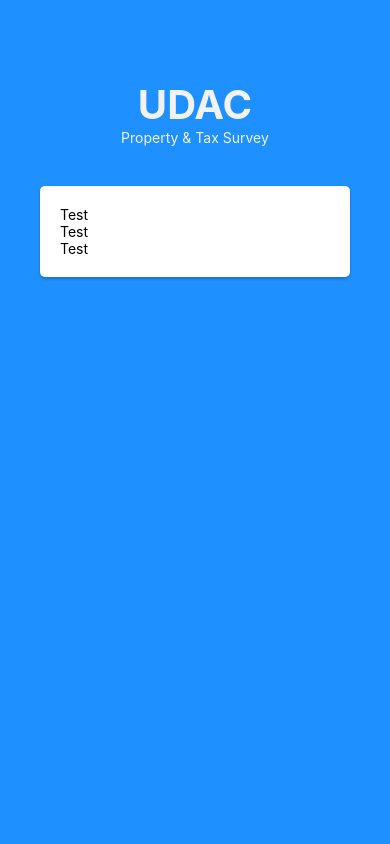
Repository: metalysm/BasicLoginPage
Screen: /
The author's editor kept a copy of each file at every save. The screen is drawn from the files as they stood at one save, then again after the next save.
The app was drawn by React Native's web renderer in a window 390 px wide. The project was rebuilt for these pictures with package versions that can differ from the ones it lists, and the page was loaded fresh each time.

Above is the screen before, as saved 2019-12-05 11:22:02.

After the next save:
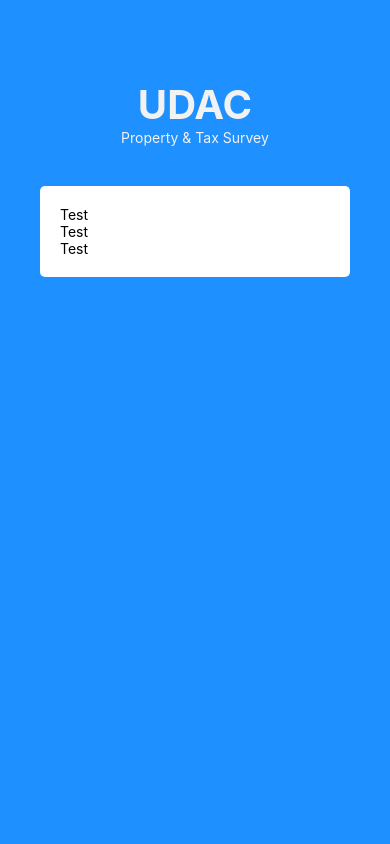
Saved 72 s later.
--- a/App.js
+++ b/App.js
@@ -55,19 +55,23 @@ const styles = StyleSheet.create({
     textAlign: 'center',
     color:'#f2f2f2',
   },
+
   loginArea :{
     marginHorizontal: 40,
     marginVertical: 40,
     backgroundColor:'#fff',
     padding:20,
     borderRadius: 5,
-
+    // SHADOW TANIMLARI SADECE IOS TA VARDIR.
+    /*
     shadowColor:'black',
     shadowOpacity: .2, //0 ile 1 arasında bir rakam girilir.
     shadowRadius: 3,
     shadowOffset: {
       width: 0,
       height: 2
-    }
+    }*/
+
+    elevation : 3
   }
 });
